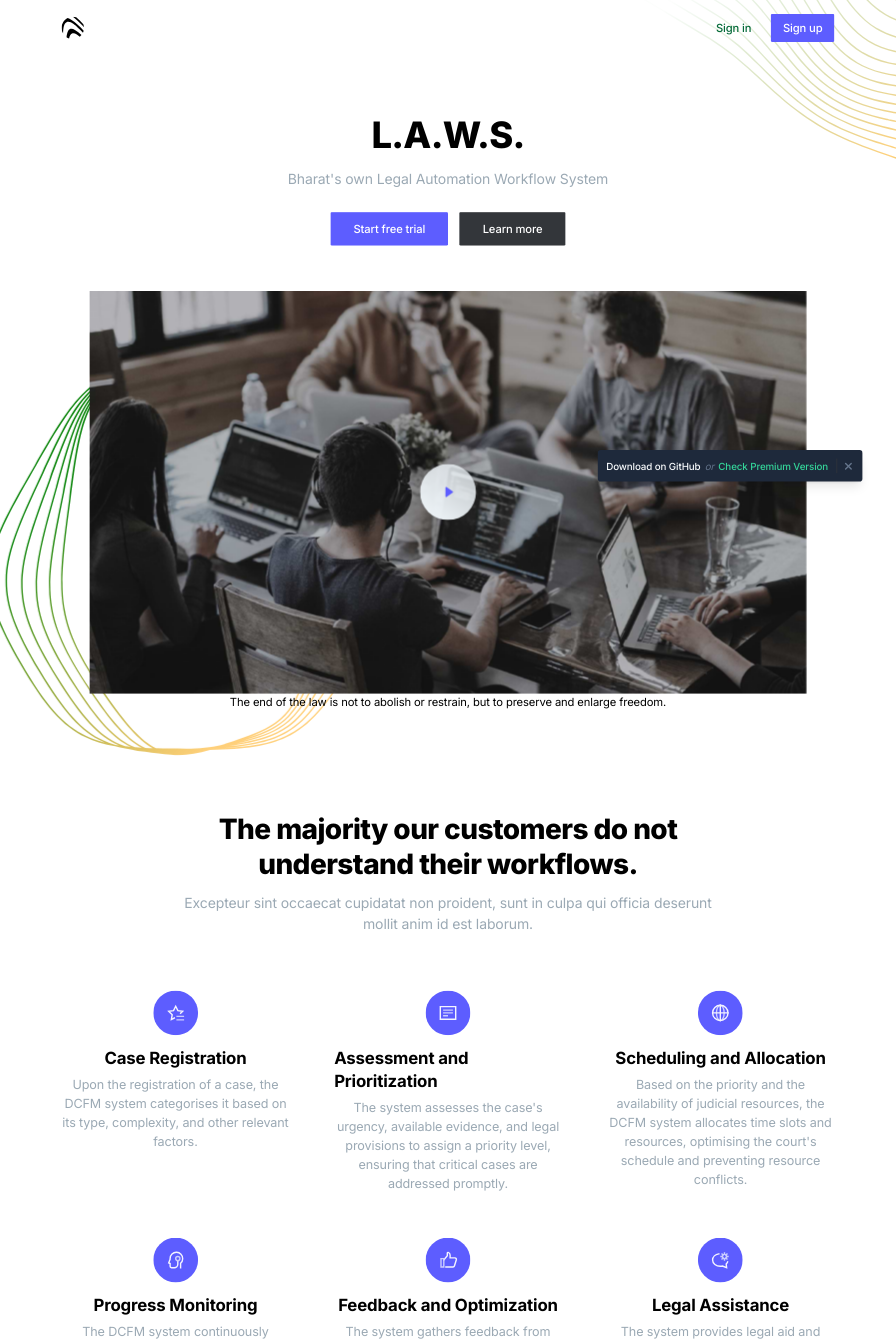
Repository: xoshiraghavx/SIH-23
Page: /
An editor plug-in stored every save of this project. The page is shown before and after a run of saves, followed by the edit.
The browser window is 1280 px wide. The pictures show the part of the page from y = 0 to 1920 px (the page is 5154 px tall), at 70% of full size.
The project was rebuilt for these pictures with package versions that can differ from the ones it lists, and the page was loaded fresh each time. The framework's server and built-in components were replaced by stand-ins that run in the browser. Also part of the build but not shown: next.config.js.

Above is the page before, as saved 2023-09-28 21:04:42.

### app/layout.tsx
import './css/style.css'

import { Inter, Architects_Daughter } from 'next/font/google'

import Header from '@/components/ui/header'
import Banner from '@/components/banner'

const inter = Inter({
  subsets: ['latin'],
  variable: '--font-inter',
  display: 'swap'
})

const architects_daughter = Architects_Daughter({
  subsets: ['latin'],
  variable: '--font-architects-daughter',
  weight: '400',
  display: 'swap'
})

export const metadata = {
  title: 'Create Next App',
  description: 'Generated by create next app',
}

export default function RootLayout({
  children,
}: {
  children: React.ReactNode
}) {
  return (
    <html lang="en">
      <body className={`${inter.variable} ${architects_daughter.variable} font-inter antialiased bg-white text-black tracking-tight`}>
        <div className="flex flex-col min-h-screen overflow-hidden">
          <Header />
          {children}
          <Banner />
        </div>
      </body>
    </html>
  )
}

### components/ui/header.tsx
import Link from 'next/link'
import MobileMenu from './mobile-menu'

export default function Header() {
  return (
    <header className="absolute w-full z-30">
      <div className="max-w-6xl mx-auto px-4 sm:px-6">
        <div className="flex items-center justify-between h-20">
          {/* Site branding */}
          <div className="shrink-0 mr-4">
            {/* Logo */}
            <Link href="/" className="block" aria-label="Cruip">
              <svg className="w-8 h-8 fill-current text-blue" viewBox="0 0 32 32" xmlns="http://www.w3.org/2000/svg">
                <path d="M31.952 14.751a260.51 260.51 0 00-4.359-4.407C23.932 6.734 20.16 3.182 16.171 0c1.634.017 3.21.28 4.692.751 3.487 3.114 6.846 6.398 10.163 9.737.493 1.346.811 2.776.926 4.262zm-1.388 7.883c-2.496-2.597-5.051-5.12-7.737-7.471-3.706-3.246-10.693-9.81-15.736-7.418-4.552 2.158-4.717 10.543-4.96 16.238A15.926 15.926 0 010 16C0 9.799 3.528 4.421 8.686 1.766c1.82.593 3.593 1.675 5.038 2.587 6.569 4.14 12.29 9.71 17.792 15.57-.237.94-.557 1.846-.952 2.711zm-4.505 5.81a56.161 56.161 0 00-1.007-.823c-2.574-2.054-6.087-4.805-9.394-4.044-3.022.695-4.264 4.267-4.97 7.52a15.945 15.945 0 01-3.665-1.85c.366-3.242.89-6.675 2.405-9.364 2.315-4.107 6.287-3.072 9.613-1.132 3.36 1.96 6.417 4.572 9.313 7.417a16.097 16.097 0 01-2.295 2.275z" />
              </svg>
            </Link>
          </div>

          {/* Desktop navigation */}
          <nav className="hidden md:flex md:grow">
            {/* Desktop sign in links */}
            <ul className="flex grow justify-end flex-wrap items-center">
              <li>
                <Link
                  href="/signin"
                  className="font-medium text-[#046A38] hover:text-gray-200 px-4 py-3 flex items-center transition duration-150 ease-in-out"
                >
                  Sign in
                </Link>
              </li>
              <li>
                <Link href="/signup" className="btn-sm text-white bg-purple-600 hover:bg-purple-700 ml-3">
                  Sign up
                </Link>
              </li>
            </ul>
          </nav>

          <MobileMenu />

        </div>
      </div>
    </header>
  )
}

### components/banner.tsx
'use client'

import { useState } from 'react'

export default function Banner() {
  const [bannerOpen, setBannerOpen] = useState<boolean>(true)

  return (
    <>
      {bannerOpen && (
        <div className="fixed bottom-0 right-0 w-full md:bottom-8 md:right-12 md:w-auto z-50">
          <div className="bg-slate-800 text-slate-50 text-sm p-3 md:rounded shadow-lg flex justify-between">
            <div className="text-slate-500 inline-flex">
              <a
                className="font-medium hover:underline text-slate-50"
                href="https://github.com/cruip/open-react-template"
                target="_blank"
                rel="noreferrer"
              >
                Download<span className="hidden sm:inline"> on GitHub</span>
              </a>{' '}
              <span className="italic px-1.5">or</span>{' '}
              <a className="font-medium hover:underline text-emerald-400" href="https://cruip.com/open-pro/" target="_blank" rel="noreferrer">
                Check Premium Version
              </a>
            </div>
            <button className="text-slate-500 hover:text-slate-400 pl-2 ml-3 border-l border-gray-700" onClick={() => setBannerOpen(false)}>
              <span className="sr-only">Close</span>
              <svg className="w-4 h-4 shrink-0 fill-current" viewBox="0 0 16 16">
                <path d="M12.72 3.293a1 1 0 00-1.415 0L8.012 6.586 4.72 3.293a1 1 0 00-1.414 1.414L6.598 8l-3.293 3.293a1 1 0 101.414 1.414l3.293-3.293 3.293 3.293a1 1 0 001.414-1.414L9.426 8l3.293-3.293a1 1 0 000-1.414z" />
              </svg>
            </button>
          </div>
        </div>
      )}
    </>
  )
}

### app/css/additional-styles/utility-patterns.css
/* Typography */
.h1 {
    @apply text-4xl font-extrabold leading-tight tracking-tighter;
}

.h2 {
    @apply text-3xl font-extrabold leading-tight tracking-tighter;
}

.h3 {
    @apply text-3xl font-bold leading-tight;
}

.h4 {
    @apply text-2xl font-bold leading-snug tracking-tight;
}

@screen md {
    .h1 {
        @apply text-5xl;
    }

    .h2 {
        @apply text-4xl;
    }
}

/* Buttons */
.btn,
.btn-sm {
    @apply font-medium inline-flex items-center justify-center border border-transparent rounded-sm leading-snug transition duration-150 ease-in-out;
}

.btn {
    @apply px-8 py-3;
}

.btn-sm {
    @apply px-4 py-2;
}

/* Forms */
.form-input,
.form-textarea,
.form-multiselect,
.form-select,
.form-checkbox,
.form-radio {
    @apply bg-transparent border border-gray-700 focus:border-gray-500;
}

.form-input,
.form-textarea,
.form-multiselect,
.form-select,
.form-checkbox {
    @apply rounded-sm;
}

.form-input,
.form-textarea,
.form-multiselect,
.form-select {
    @apply py-3 px-4;
}

.form-input,
.form-textarea {
    @apply placeholder-gray-500;
}

.form-select {
    @apply pr-10;
}

.form-checkbox,
.form-radio {
    @apply text-purple-600;
}

### app/css/additional-styles/range-slider.css
/* Range slider */
:root {
    --range-thumb-size: 36px;
}

input[type=range] {
    appearance: none;
    background: #ccc;
    border-radius: 3px;
    height: 6px;
    margin-top: (--range-thumb-size - 6px) * 0.5;
    margin-bottom: (--range-thumb-size - 6px) * 0.5;
    --thumb-size: #{--range-thumb-size};
}

input[type=range]::-webkit-slider-thumb {
    appearance: none;
    -webkit-appearance: none;
    background-color: #000;
    background-image: url("data:[embedded picture, 172 characters]");
    background-position: center;
    background-repeat: no-repeat;
    border: 0;
    border-radius: 50%;
    cursor: pointer;
    height: --range-thumb-size;
    width: --range-thumb-size;
}

input[type=range]::-moz-range-thumb {
    background-color: #000;
    background-image: url("data:[embedded picture, 172 characters]");
    background-position: center;
    background-repeat: no-repeat;
    border: 0;
    border: none;
    border-radius: 50%;
    cursor: pointer;
    height: --range-thumb-size;
    width: --range-thumb-size;
}

input[type=range]::-ms-thumb {
    background-color: #000;
    background-image: url("data:[embedded picture, 172 characters]");
    background-position: center;
    background-repeat: no-repeat;
    border: 0;
    border-radius: 50%;
    cursor: pointer;
    height: --range-thumb-size;
    width: --range-thumb-size;
}

input[type=range]::-moz-focus-outer {
    border: 0;
}

### components/ui/mobile-menu.tsx
'use client'

import { useState, useRef, useEffect } from 'react'
import Link from 'next/link'

export default function MobileMenu() {
  const [mobileNavOpen, setMobileNavOpen] = useState<boolean>(false)

  const trigger = useRef<HTMLButtonElement>(null)
  const mobileNav = useRef<HTMLDivElement>(null)

  // close the mobile menu on click outside
  useEffect(() => {
    const clickHandler = ({ target }: { target: EventTarget | null }): void => {
      if (!mobileNav.current || !trigger.current) return;
      if (!mobileNavOpen || mobileNav.current.contains(target as Node) || trigger.current.contains(target as Node)) return;
      setMobileNavOpen(false)
    };
    document.addEventListener('click', clickHandler)
    return () => document.removeEventListener('click', clickHandler)
  })

  // close the mobile menu if the esc key is pressed
  useEffect(() => {
    const keyHandler = ({ keyCode }: { keyCode: number }): void => {
      if (!mobileNavOpen || keyCode !== 27) return;
      setMobileNavOpen(false)
    };
    document.addEventListener('keydown', keyHandler)
    return () => document.removeEventListener('keydown', keyHandler)
  })

  return (
    <div className="md:hidden">
      {/* Hamburger button */}
      <button
        ref={trigger}
        className={`hamburger ${mobileNavOpen && 'active'}`}
        aria-controls="mobile-nav"
        aria-expanded={mobileNavOpen}
        onClick={() => setMobileNavOpen(!mobileNavOpen)}
      >
        <span className="sr-only">Menu</span>
        <svg
          className="w-6 h-6 fill-current text-gray-300 hover:text-gray-200 transition duration-150 ease-in-out"
          viewBox="0 0 24 24"
          xmlns="http://www.w3.org/2000/svg"
        >
          <rect y="4" width="24" height="2" rx="1" />
          <rect y="11" width="24" height="2" rx="1" />
          <rect y="18" width="24" height="2" rx="1" />
        </svg>
      </button>

      {/*Mobile navigation */}
      <nav
        id="mobile-nav"
        ref={mobileNav}
        className="absolute top-full z-20 left-0 w-full px-4 sm:px-6 overflow-hidden transition-all duration-300 ease-in-out"
        style={mobileNavOpen ? { maxHeight: mobileNav.current?.scrollHeight, opacity: 1 } : { maxHeight: 0, opacity: 0.8 }}
      >
        <ul className="bg-gray-800 px-4 py-2">
          <li>
            <Link href="/signin" className="flex font-medium w-full text-purple-600 hover:text-gray-200 py-2 justify-center" onClick={() => setMobileNavOpen(false)}>
              Sign in
            </Link>
          </li>
          <li>
            <Link
              href="/signup"
              className="font-medium w-full inline-flex items-center justify-center border border-transparent px-4 py-2 my-2 rounded-sm text-white bg-purple-600 hover:bg-purple-700 transition duration-150 ease-in-out" onClick={() => setMobileNavOpen(false)}
            >
              Sign up
            </Link>
          </li>
        </ul>
      </nav>
    </div>
  )
}

### components/modal-video.tsx
'use client'

import { useState, useRef, Fragment } from 'react'
import type { StaticImageData } from 'next/image'
import { Dialog, Transition } from '@headlessui/react'
import Image from 'next/image'

interface ModalVideoProps {
  thumb: StaticImageData
  thumbWidth: number
  thumbHeight: number
  thumbAlt: string
  video: string
  videoWidth: number
  videoHeight: number
}

export default function ModalVideo({
  thumb,
  thumbWidth,
  thumbHeight,
  thumbAlt,
  video,
  videoWidth,
  videoHeight,
}: ModalVideoProps) {
  const [modalOpen, setModalOpen] = useState<boolean>(false)
  const videoRef = useRef<HTMLVideoElement>(null)

  return (
    <div>

      {/* Video thumbnail */}
      <div>
        <div className="relative flex justify-center items-center" data-aos="fade-up" data-aos-delay="200">
          <Image src={thumb} width={thumbWidth} height={thumbHeight} alt={thumbAlt} />
          <button className="absolute group" onClick={() => { setModalOpen(true) }} aria-label="Watch the video">
            <svg className="w-16 h-16 sm:w-20 sm:h-20 hover:opacity-75 transition duration-150 ease-in-out" viewBox="0 0 88 88" xmlns="http://www.w3.org/2000/svg">
              <defs>
                <linearGradient x1="78.169%" y1="9.507%" x2="24.434%" y2="90.469%" id="a">
                  <stop stopColor="#EBF1F5" stopOpacity=".8" offset="0%" />
                  <stop stopColor="#EBF1F5" offset="100%" />
                </linearGradient>
              </defs>
              <circle fill="url(#a)" cx="44" cy="44" r="44" />
              <path className="fill-current text-purple-600" d="M52 44a.999.999 0 00-.427-.82l-10-7A1 1 0 0040 37V51a.999.999 0 001.573.82l10-7A.995.995 0 0052 44V44c0 .001 0 .001 0 0z" />
            </svg>
          </button>
        </div>
      </div>
      {/* End: Video thumbnail */}

      <Transition show={modalOpen} as={Fragment} afterEnter={() => videoRef.current?.play()}>
        <Dialog initialFocus={videoRef} onClose={() => setModalOpen(false)}>

          {/* Modal backdrop */}
          <Transition.Child
            className="fixed inset-0 z-[99999] bg-black bg-opacity-75 transition-opacity"
            enter="transition ease-out duration-200"
            enterFrom="opacity-0"
            enterTo="opacity-100"
            leave="transition ease-out duration-100"
            leaveFrom="opacity-100"
            leaveTo="opacity-0"
            aria-hidden="true"
          />
          {/* End: Modal backdrop */}

          {/* Modal dialog */}
          <Transition.Child
            className="fixed inset-0 z-[99999] overflow-hidden flex items-center justify-center transform px-4 sm:px-6"
            enter="transition ease-out duration-200"
            enterFrom="opacity-0 scale-95"
            enterTo="opacity-100 scale-100"
            leave="ttransition ease-out duration-200"
            leaveFrom="oopacity-100 scale-100"
            leaveTo="opacity-0 scale-95"
          >
            <div className="max-w-6xl mx-auto h-full flex items-center">
              <Dialog.Panel className="w-full max-h-full aspect-video bg-black overflow-hidden">
                <video ref={videoRef} width={videoWidth} height={videoHeight} loop controls>
                  <source src={video} type="video/mp4" />
                  Your browser does not support the video tag.
                </video>
              </Dialog.Panel>
            </div>
          </Transition.Child>
          {/* End: Modal dialog */}

        </Dialog>
      </Transition>

    </div>
  )
}

Loaded but not shown: app/(default)/layout.tsx (common file); app/(default)/page.tsx (common file); app/css/style.css (common file); app/css/additional-styles/toggle-switch.css (common file); tailwind.config.js (common file); components/page-illustration.tsx (18 lines, source omitted); components/newsletter.tsx (47 lines, source omitted); components/hero.tsx (56 lines, source omitted); components/ui/footer.tsx (146 lines, source omitted); components/zigzag.tsx (137 lines, source omitted); components/features.tsx (98 lines, source omitted); components/testimonials.tsx (76 lines, source omitted); app/css/additional-styles/theme.css (152 lines, source omitted)

After the next 3 saves:
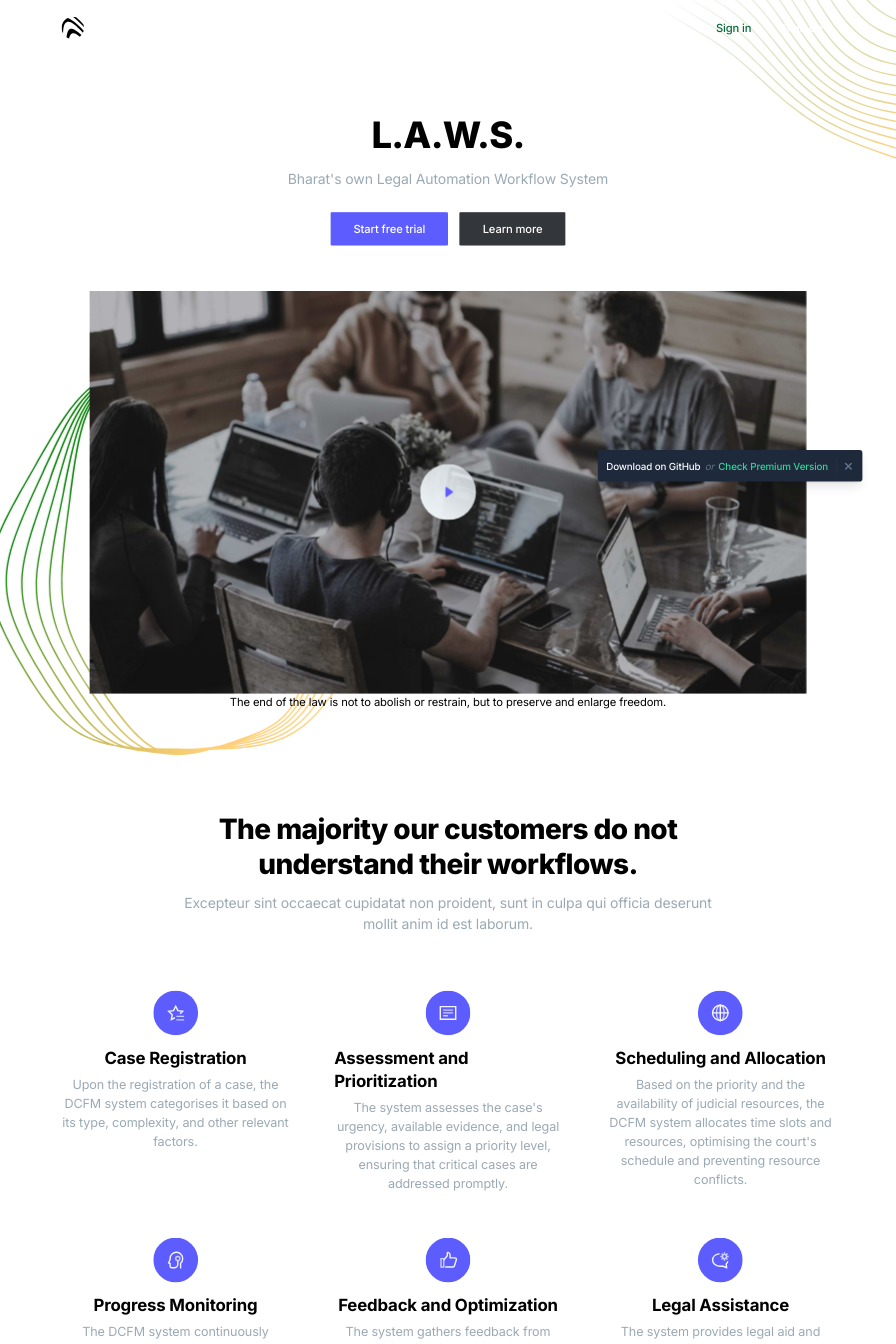
The 3 saves are shown as one change because 1 did not build or start and some came seconds apart.
The last was saved 2 min 54 s later.
--- a/components/ui/header.tsx
+++ b/components/ui/header.tsx
@@ -29,7 +29,7 @@
                 </Link>
               </li>
               <li>
-                <Link href="/signup" className="btn-sm text-white bg-purple-600 hover:bg-purple-700 ml-3">
+                <Link href="/signup" className="btn-sm text-white bg-orange hover:bg-purple-700 ml-3">
                   Sign up
                 </Link>
               </li>

After the save that followed:
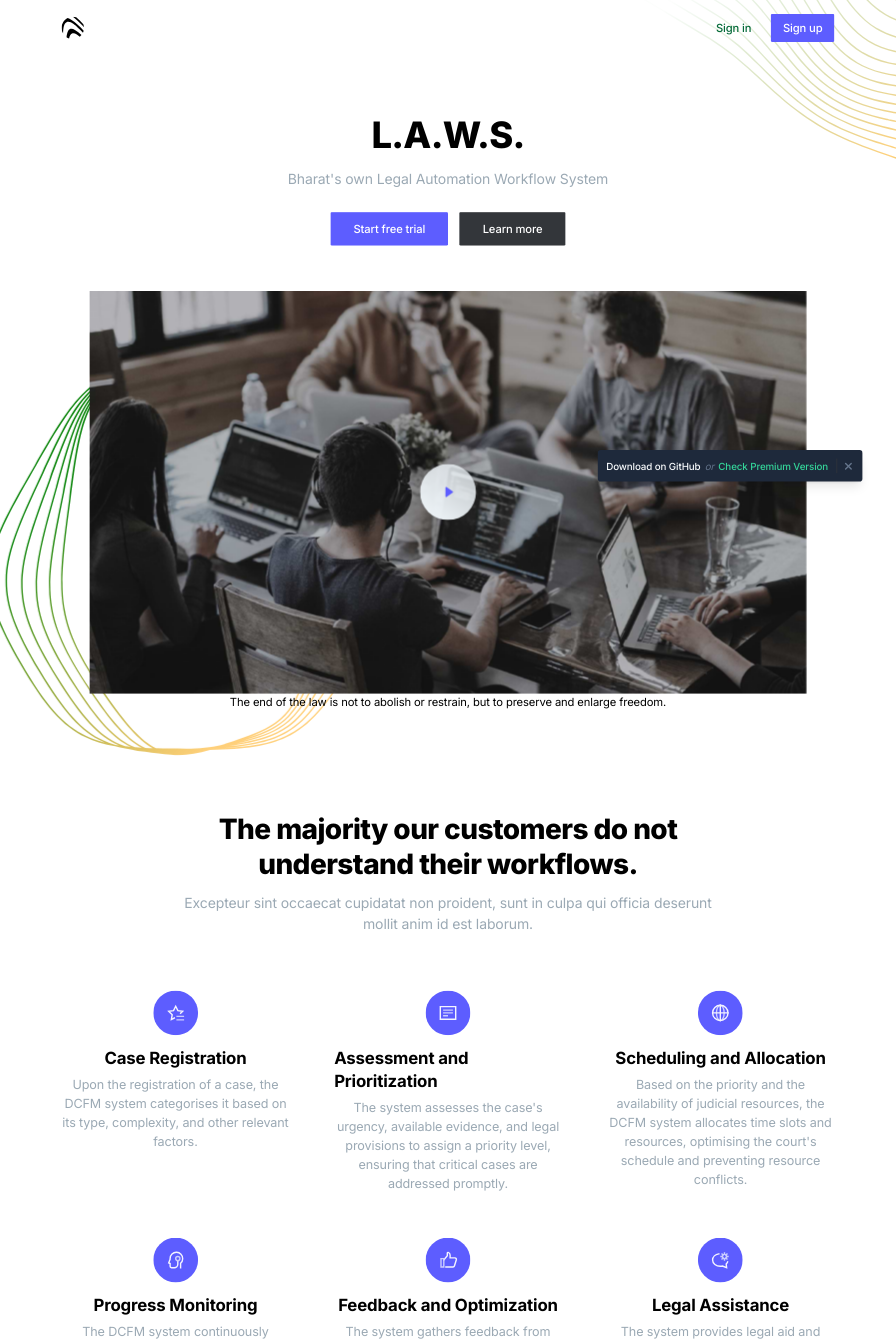
Saved 13 s later.
--- a/components/ui/header.tsx
+++ b/components/ui/header.tsx
@@ -29,7 +29,7 @@
                 </Link>
               </li>
               <li>
-                <Link href="/signup" className="btn-sm text-white bg-orange hover:bg-purple-700 ml-3">
+                <Link href="/signup" className="btn-sm text-white bg-purple-600 hover:bg-purple-700 ml-3">
                   Sign up
                 </Link>
               </li>
